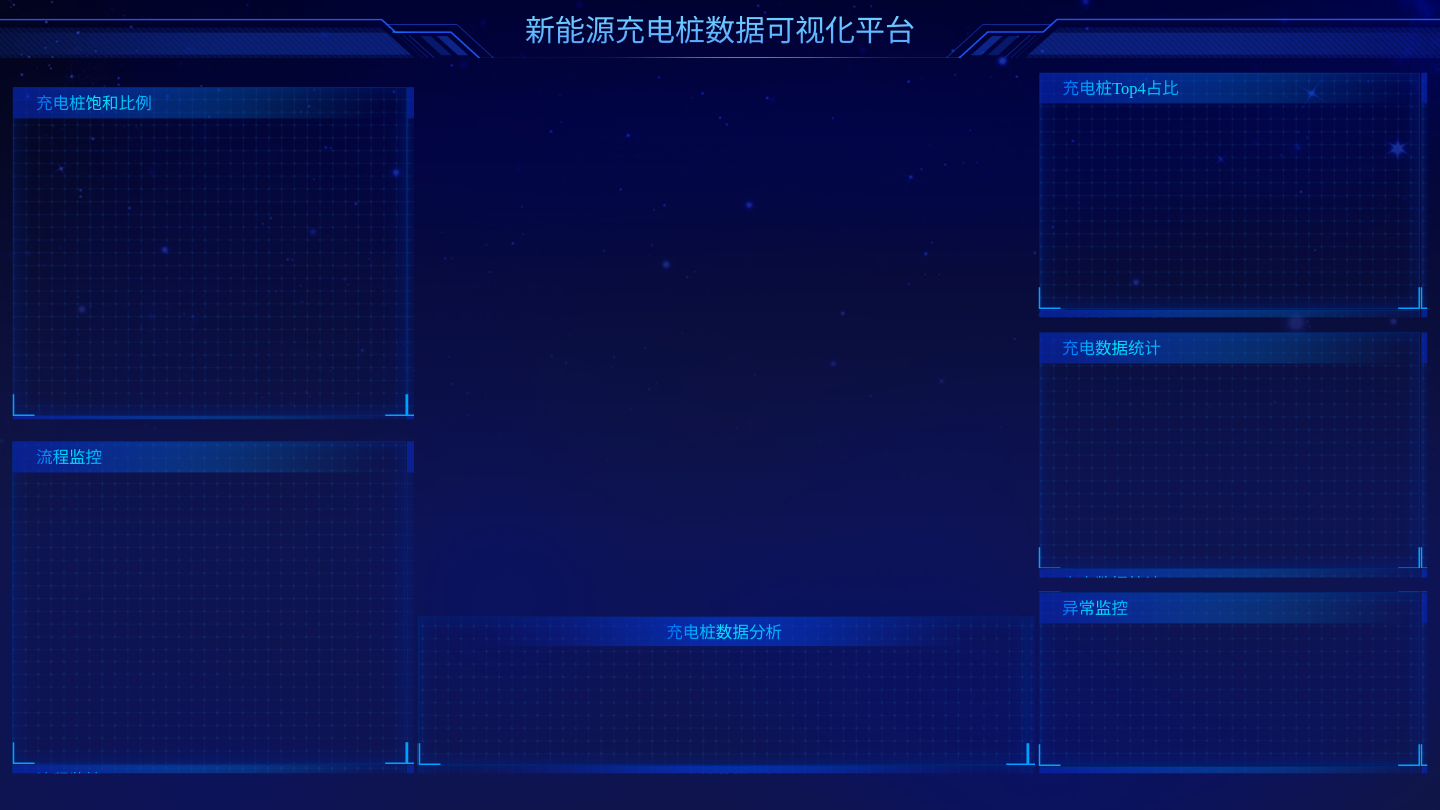
Repository: duheng678/power-screen
Page: /
These files come from the project's save history. The page is drawn as it stood at one moment and after the next save; the edit follows.
The browser window is 1280 px wide. The page is 1920 px wide, then 1280 px, so the pictures cover 1920 px, including what lies to the right of the window. The pictures show the whole page, at 75% of full size.
The project was rebuilt for these pictures with package versions that can differ from the ones it lists, and the page was loaded fresh each time. Also part of the build but not shown: vite.config.js.

Above is the page before, as saved 2023-02-24 15:04:33.

### src/main.js
import { createApp } from "vue";
import { createPinia } from "pinia";

import App from "./App.vue";
import router from "./router";

import "normalize.css";
import "./assets/main.css";

const app = createApp(App);

app.use(createPinia());
app.use(router);

app.mount("#app");

### src/App.vue
<template>
  <RouterView />
</template>

<script setup>
import { onMounted } from "vue";
import { RouterView } from "vue-router";
function triggerScale() {
  // 1.设计稿的尺寸
  let targetX = 1920;
  let targetY = 1080;
  let targetRatio = 16 / 9; // 宽高比率

  // 2.拿到当前设备(浏览器)的宽度
  let currentX =
    document.documentElement.clientWidth || document.body.clientWidth;
  let currentY =
    document.documentElement.clientHeight || document.body.clientHeight;
  //  1920 * 1080  -> 3840 * 2160

  // 3.计算缩放比例
  let scaleRatio = currentX / targetX; // 参照宽度进行缩放 ( 默认情况 )
  let currentRatio = currentX / currentY; // 宽高比率

  // 超宽屏
  if (currentRatio > targetRatio) {
    scaleRatio = currentY / targetY; // 参照高度进行缩放
    document.body.style = `width:${targetX}px; height:${targetY}px;transform: scale(${scaleRatio}) translateX(-50%); left: 50%`;
  } else {
    // 4.开始缩放网页
    document.body.style = `width:${targetX}px; height:${targetY}px; transform: scale(${scaleRatio})`;
  }
}
onMounted(() => {});
</script>
<style scoped></style>

### src/router/index.js
import { createRouter, createWebHistory } from "vue-router";

const router = createRouter({
  history: createWebHistory(import.meta.env.BASE_URL),
  routes: [
    {
      path: "/",
      name: "powerView",
      component: () => import("@/views/power-view.vue"),
    },
  ],
});

export default router;

### src/views/power-view.vue
<template>
  <main class="screen-bg">
    <div class="header"></div>
    <div class="left-top"></div>
    <div class="left-bottom"></div>
    <div class="right-top"></div>
    <div class="right-center"></div>
    <div class="right-bottom"></div>
    <div class="center"></div>
    <div class="bottom"></div>
  </main>
</template>
<script setup></script>
<style scoped>
.screen-bg {
  position: absolute;
  height: 100%;
  width: 100%;

  background-image: url("@/assets/images/bg.png");
}
.header {
  position: absolute;
  top: 21px;
  left: 0;
  width: 100%;
  height: 56px;

  background-image: url(@/assets/images/bg_header.svg);
}

.left-top {
  /* 定位 */
  position: absolute;
  left: 16px;
  top: 116px;
  width: 536px;
  height: 443px;

  /* 背景 */
  background-image: url(@/assets/images/bg_left-top.svg);
}

.left-bottom {
  /* 定位 */
  position: absolute;
  left: 16px;
  bottom: 49px;
  height: 443px;
  width: 536px;
  /* 背景 */
  background-image: url(@/assets/images/bg_left_bottom.svg);
}

.right-top {
  position: absolute;
  right: 17px;
  top: 96px;
  width: 519px;
  height: 327px;

  background-image: url(@/assets/images/bg_right_top.svg);
}

.right-center {
  position: absolute;
  right: 17px;
  top: 443px;
  width: 519px;
  height: 327px;

  background-image: url(@/assets/images/bg_right_center.svg);
}

.right-bottom {
  position: absolute;
  right: 17px;
  bottom: 49px;
  width: 519px;
  height: 242px;

  display: flex;
  justify-content: center;
  align-items: center;

  background-image: url(@/assets/images/bg_right_bottom.svg);
}
.center {
  position: absolute;
  right: 540px;
  bottom: 272px;
  width: 823px;
  height: 710px;

  /* border: 2px solid pink; */
}

.bottom {
  position: absolute;
  right: 540px;
  bottom: 49px;
  width: 823px;
  height: 209px;

  background-image: url(@/assets/images/bg_bottom.svg);
}
</style>

### src/assets/base.css
body {
  position: relative;
  width: 1920px;
  height: 1080px;
  box-sizing: border-box;
  transform-origin: left top;
}

Loaded but not shown: index.html (common file); src/assets/main.css (common file)

After the next save:
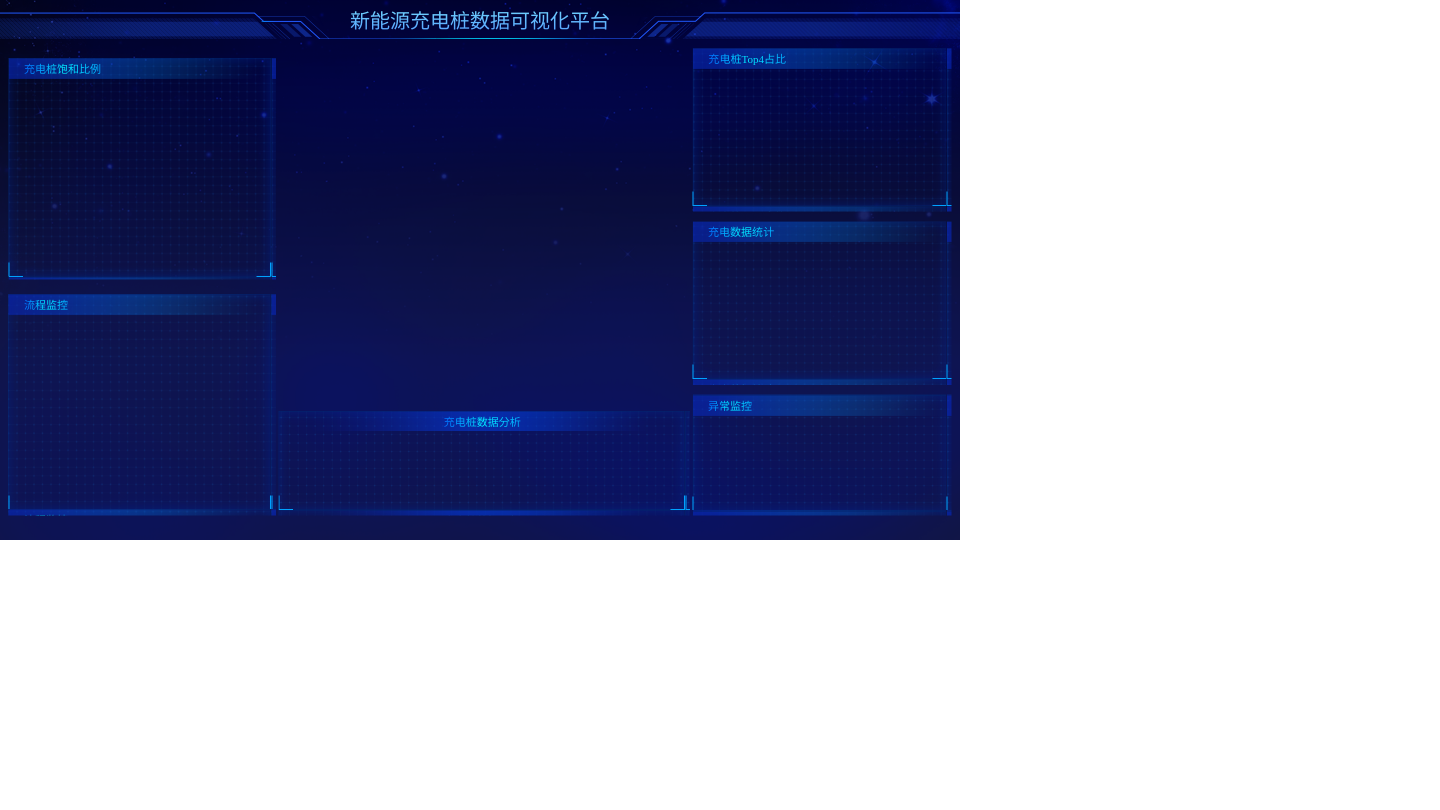
Saved 4 s later.
--- a/src/App.vue
+++ b/src/App.vue
@@ -31,6 +31,8 @@ function triggerScale() {
     document.body.style = `width:${targetX}px; height:${targetY}px; transform: scale(${scaleRatio})`;
   }
 }
-onMounted(() => {});
+onMounted(() => {
+  triggerScale();
+});
 </script>
 <style scoped></style>
